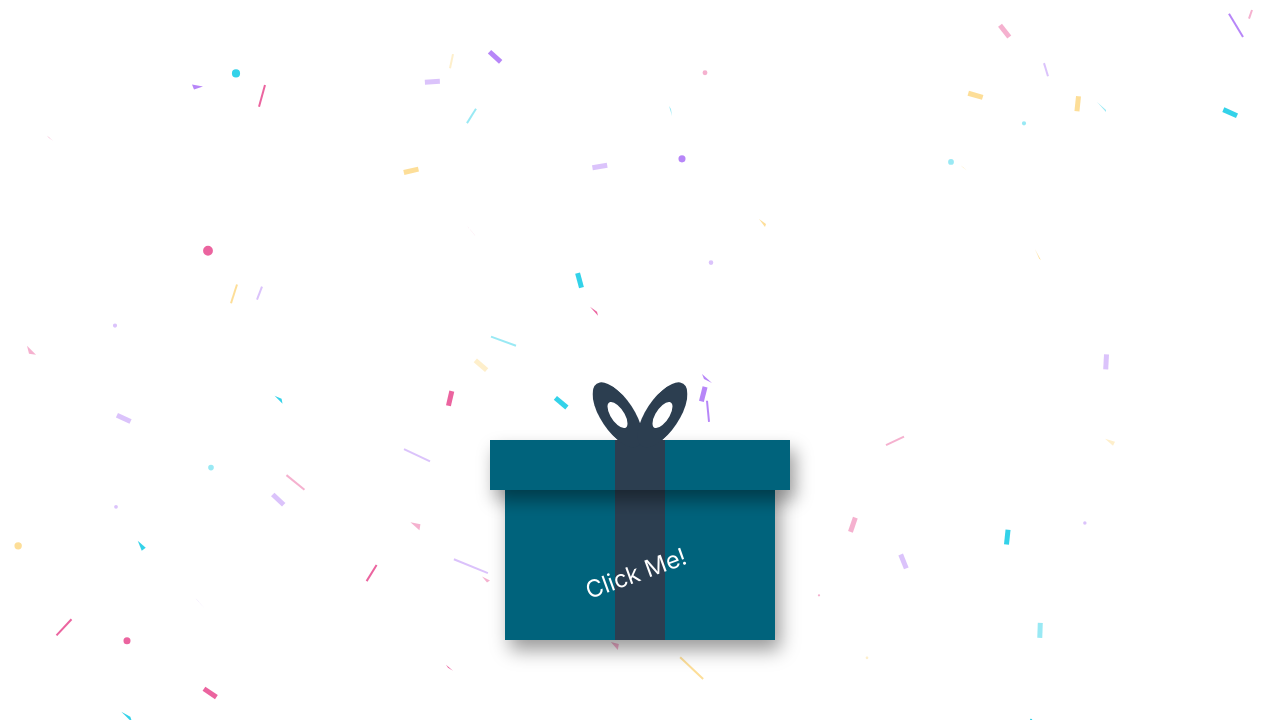
Repository: trongnghia161001/birth_day
Page: index.html
These files come from the project's save history. The page is drawn as it stood at one moment and after the next save; the edit follows.
The browser window is 1280 px wide. The pictures show the whole page.

Above is the page before, as saved 2022-11-14 21:58:43.

### index.html
<!DOCTYPE html>
<html>

<head>
  <meta charset="utf-8" />
  <meta name="viewport" content="width=device-width" />
  <title>Happy Birthday!</title>

  <link rel="stylesheet" href="styles/flexbox-center-container.css" media="all">
  <link rel="stylesheet" href="styles/system-fonts.css" media="all">
  <link rel="stylesheet" href="styles/style.css" media="all">
</head>

<body>
  <canvas id=c></canvas>
  <canvas id="confetti"></canvas>
  <div class="container" id="count">
    <h1 id="head">Countdown to your birthday:</h1>
    <ul>
      <li><span id="day"></span>days</li>
      <li><span id="hour"></span>hours</li>
      <li><span id="minute"></span>minutes</li>
      <li><span id="second"></span>seconds</li>
    </ul>
  </div>
  <div id="merrywrap" class="merrywrap">
    <canvas id="snowfall"></canvas>
    <div class="giftbox">
      <div class="cover">
        <div></div>
      </div>
      <div class="box"></div>
    </div>
</body>
<script src="scripts/confetti.min.js" charset="utf-8"></script>
<script src="scripts/index.js" charset="utf-8"></script>

</html>

### styles/style.css
* {
  box-sizing: border-box;
  margin: 0;
  padding: 0;
}
canvas {
  position: absolute;
  top: 0;
  left: 0;
}
body {
  background: #ffffff;
  overflow: hidden;
}
.container {
  color: rgba(55, 59, 65, 0.8);
  font-family: Helvetica, sans-serif;
  font-weight: lighter;
  text-align: center;
}

h1 {
  font-weight: normal;
}
li {
  display: inline-block;
  font-size: 1.5em;
  list-style-type: none;
  padding: 1em;
  text-transform: uppercase;
}
li span {
  display: block;
  font-size: 4.5rem;
}
.merrywrap {
  position: absolute;
  right: 40px;
  left: 40px;
  bottom: 80px;
  top: 40px;
}
.giftbox {
  position: absolute;
  width: 300px;
  height: 200px;
  left: 50%;
  margin-left: -150px;
  bottom: 0;
  z-index: 10;
}


.giftbox > div {
  background: rgb(0, 99, 124);
  position: absolute;
  box-shadow: 5px 10px 18px rgba(0, 0, 0, 0.4);
}

.giftbox:hover > div {
  box-shadow: none;
  transition: 1s all;
}

.giftbox > div:after, .giftbox > div:before {
  position: absolute;
  content: "";
  top: 0;
}
.giftbox:after {
  position: absolute;
  color: #fff;
  width: 100%;
  content: "Click Me!";
  left: 0;
  bottom: 0;
  font-size: 24px;
  text-align: center;
  transform: rotate(-20deg);
  transform-origin: 0 0;
}
.giftbox .cover {
  width: 100%;
  top: 0;
  left: 0;
  height: 25%;
  z-index: 2;
}
.giftbox .cover:before {
  position: absolute;
  height: 100%;
  left: 50%;
  width: 50px;
  transform: translateX(-50%);
  background: #2C3E50;
}
.giftbox .cover > div {
  position: absolute;
  width: 50px;
  height: 50px;
  left: 50%;
  top: -50px;
  transform: translateX(-50%);
}
.giftbox .cover > div:before, .giftbox .cover > div:after {
  position: absolute;
  left: 0;
  top: 0;
  width: 100%;
  height: 100%;
  content: "";
  box-shadow: inset 0 0 0 15px #2C3E50;
  border-radius: 30px;
  transform-origin: 50% 100%;
}
.giftbox .cover > div:before {
  transform: translateX(-45%) skewY(40deg);
}
.giftbox .cover > div:after {
  transform: translateX(45%) skewY(-40deg);
}
.giftbox .box {
  right: 5%;
  left: 5%;
  height: 80%;
  bottom: 0;
}
.giftbox .box:before {
  width: 50px;
  height: 100%;
  left: 50%;
  transform: translateX(-50%);
  background: #2C3E50;
}
.giftbox .box:after {
  width: 100%;
  height: 30px;
  background: rgba(0, 0, 0, 0);
}
.step-1 .giftbox {
  animation: wobble 0.5s linear infinite forwards;
}
.step-1 .cover {
  animation: wobble 0.5s linear infinite 5s forwards;
}
.step-1 .icons .row span {
  opacity: 1;
}
.step-2 .giftbox:after {
  opacity: 0;
}
.step-3 .giftbox, .step-4 .giftbox {
  opacity: 0;
  z-index: 1;
}
.step-3 .giftbox:after, .step-4 .giftbox:after {
  opacity: 0;
}
.step-2 .giftbox .cover {
  animation: flyUp 2s ease-in forwards;
}
.step-2 .giftbox .box {
  animation: flyDown 2s ease-in 0.05s forwards;
}
@keyframes wobble {
  25% {
      transform: rotate(4deg);
 }
  75% {
      transform: rotate(-2deg);
 }
}
@keyframes flyUp {
  75% {
      opacity: 1;
 }
  100% {
      transform: translateY(-1000px) rotate(20deg);
      opacity: 0;
 }
}
@keyframes flyDown {
  75% {
      opacity: 1;
 }
  100% {
      transform: translateY(100%);
      opacity: 0;
 }
}

### scripts/index.js
const count = document.getElementById('count');
const head = document.getElementById('head');
const giftbox = document.getElementById('merrywrap');
const canvasC = document.getElementById('c');

const config = {
  birthdate: 'Jan 29, 2020',
  name: 'Darlene'
};

function hideEverything() {
  head.style.display = 'none';
  count.style.display = 'none';
  giftbox.style.display = 'none';
  canvasC.style.display = 'none';
}

hideEverything();

const confettiSettings = { target: 'confetti' };
const confetti = new window.ConfettiGenerator(confettiSettings);
confetti.render();

const second = 1000,
  minute = second * 60,
  hour = minute * 60,
  day = hour * 24;

let countDown = new Date(`${config.birthdate} 00:00:00`).getTime();
x = setInterval(function() {
  let now = new Date().getTime(),
    distance = countDown - now;

  document.getElementById('day').innerText = Math.floor(distance / day);
  document.getElementById('hour').innerText = Math.floor(
    (distance % day) / hour
  );
  document.getElementById('minute').innerText = Math.floor(
    (distance % hour) / minute
  );
  document.getElementById('second').innerText = Math.floor(
    (distance % minute) / second
  );

  let w = (c.width = window.innerWidth),
    h = (c.height = window.innerHeight),
    ctx = c.getContext('2d'),
    hw = w / 2, // half-width
    hh = h / 2,
    opts = {
      strings: ['HAPPY', 'BIRTHDAY!', config.name],
      charSize: 30,
      charSpacing: 35,
      lineHeight: 40,

      cx: w / 2,
      cy: h / 2,

      fireworkPrevPoints: 10,
      fireworkBaseLineWidth: 5,
      fireworkAddedLineWidth: 8,
      fireworkSpawnTime: 200,
      fireworkBaseReachTime: 30,
      fireworkAddedReachTime: 30,
      fireworkCircleBaseSize: 20,
      fireworkCircleAddedSize: 10,
      fireworkCircleBaseTime: 30,
      fireworkCircleAddedTime: 30,
      fireworkCircleFadeBaseTime: 10,
      fireworkCircleFadeAddedTime: 5,
      fireworkBaseShards: 5,
      fireworkAddedShards: 5,
      fireworkShardPrevPoints: 3,
      fireworkShardBaseVel: 4,
      fireworkShardAddedVel: 2,
      fireworkShardBaseSize: 3,
      fireworkShardAddedSize: 3,
      gravity: 0.1,
      upFlow: -0.1,
      letterContemplatingWaitTime: 360,
      balloonSpawnTime: 20,
      balloonBaseInflateTime: 10,
      balloonAddedInflateTime: 10,
      balloonBaseSize: 20,
      balloonAddedSize: 20,
      balloonBaseVel: 0.4,
      balloonAddedVel: 0.4,
      balloonBaseRadian: -(Math.PI / 2 - 0.5),
      balloonAddedRadian: -1
    },
    calc = {
      totalWidth:
        opts.charSpacing *
        Math.max(opts.strings[0].length, opts.strings[1].length)
    },
    Tau = Math.PI * 2,
    TauQuarter = Tau / 4,
    letters = [];

  ctx.font = opts.charSize + 'px Verdana';

  function Letter(char, x, y) {
    this.char = char;
    this.x = x;
    this.y = y;

    this.dx = -ctx.measureText(char).width / 2;
    this.dy = +opts.charSize / 2;

    this.fireworkDy = this.y - hh;

    let hue = (x / calc.totalWidth) * 360;

    this.color = 'hsl(hue,80%,50%)'.replace('hue', hue);
    this.lightAlphaColor = 'hsla(hue,80%,light%,alp)'.replace('hue', hue);
    this.lightColor = 'hsl(hue,80%,light%)'.replace('hue', hue);
    this.alphaColor = 'hsla(hue,80%,50%,alp)'.replace('hue', hue);

    this.reset();
  }
  Letter.prototype.reset = function() {
    this.phase = 'firework';
    this.tick = 0;
    this.spawned = false;
    this.spawningTime = (opts.fireworkSpawnTime * Math.random()) | 0;
    this.reachTime =
      (opts.fireworkBaseReachTime +
        opts.fireworkAddedReachTime * Math.random()) |
      0;
    this.lineWidth =
      opts.fireworkBaseLineWidth + opts.fireworkAddedLineWidth * Math.random();
    this.prevPoints = [[0, hh, 0]];
  };
  Letter.prototype.step = function() {
    if (this.phase === 'firework') {
      if (!this.spawned) {
        ++this.tick;
        if (this.tick >= this.spawningTime) {
          this.tick = 0;
          this.spawned = true;
        }
      } else {
        ++this.tick;

        let linearProportion = this.tick / this.reachTime,
          armonicProportion = Math.sin(linearProportion * TauQuarter),
          x = linearProportion * this.x,
          y = hh + armonicProportion * this.fireworkDy;

        if (this.prevPoints.length > opts.fireworkPrevPoints)
          this.prevPoints.shift();

        this.prevPoints.push([x, y, linearProportion * this.lineWidth]);

        let lineWidthProportion = 1 / (this.prevPoints.length - 1);

        for (let i = 1; i < this.prevPoints.length; ++i) {
          let point = this.prevPoints[i],
            point2 = this.prevPoints[i - 1];

          ctx.strokeStyle = this.alphaColor.replace(
            'alp',
            i / this.prevPoints.length
          );
          ctx.lineWidth = point[2] * lineWidthProportion * i;
          ctx.beginPath();
          ctx.moveTo(point[0], point[1]);
          ctx.lineTo(point2[0], point2[1]);
          ctx.stroke();
        }

        if (this.tick >= this.reachTime) {
          this.phase = 'contemplate';

          this.circleFinalSize =
            opts.fireworkCircleBaseSize +
            opts.fireworkCircleAddedSize * Math.random();
          this.circleCompleteTime =
            (opts.fireworkCircleBaseTime +
              opts.fireworkCircleAddedTime * Math.random()) |
            0;
          this.circleCreating = true;
          this.circleFading = false;

          this.circleFadeTime =
            (opts.fireworkCircleFadeBaseTime +
              opts.fireworkCircleFadeAddedTime * Math.random()) |
            0;
          this.tick = 0;
          this.tick2 = 0;

          this.shards = [];

          let shardCount =
              (opts.fireworkBaseShards +
                opts.fireworkAddedShards * Math.random()) |
              0,
            angle = Tau / shardCount,
            cos = Math.cos(angle),
            sin = Math.sin(angle),
            x = 1,
            y = 0;

          for (let i = 0; i < shardCount; ++i) {
            let x1 = x;
            x = x * cos - y * sin;
            y = y * cos + x1 * sin;

            this.shards.push(new Shard(this.x, this.y, x, y, this.alphaColor));
          }
        }
      }
    } else if (this.phase === 'contemplate') {
      ++this.tick;

      if (this.circleCreating) {
        ++this.tick2;
        let proportion = this.tick2 / this.circleCompleteTime,
          armonic = -Math.cos(proportion * Math.PI) / 2 + 0.5;

        ctx.beginPath();
        ctx.fillStyle = this.lightAlphaColor
          .replace('light', 50 + 50 * proportion)
          .replace('alp', proportion);
        ctx.beginPath();
        ctx.arc(this.x, this.y, armonic * this.circleFinalSize, 0, Tau);
        ctx.fill();

        if (this.tick2 > this.circleCompleteTime) {
          this.tick2 = 0;
          this.circleCreating = false;
          this.circleFading = true;
        }
      } else if (this.circleFading) {
        ctx.fillStyle = this.lightColor.replace('light', 70);
        ctx.fillText(this.char, this.x + this.dx, this.y + this.dy);

        ++this.tick2;
        let proportion = this.tick2 / this.circleFadeTime,
          armonic = -Math.cos(proportion * Math.PI) / 2 + 0.5;

        ctx.beginPath();
        ctx.fillStyle = this.lightAlphaColor
          .replace('light', 100)
          .replace('alp', 1 - armonic);
        ctx.arc(this.x, this.y, this.circleFinalSize, 0, Tau);
        ctx.fill();

        if (this.tick2 >= this.circleFadeTime) this.circleFading = false;
      } else {
        ctx.fillStyle = this.lightColor.replace('light', 70);
        ctx.fillText(this.char, this.x + this.dx, this.y + this.dy);
      }

      for (let i = 0; i < this.shards.length; ++i) {
        this.shards[i].step();

        if (!this.shards[i].alive) {
          this.shards.splice(i, 1);
          --i;
        }
      }

      if (this.tick > opts.letterContemplatingWaitTime) {
        this.phase = 'balloon';

        this.tick = 0;
        this.spawning = true;
        this.spawnTime = (opts.balloonSpawnTime * Math.random()) | 0;
        this.inflating = false;
        this.inflateTime =
          (opts.balloonBaseInflateTime +
            opts.balloonAddedInflateTime * Math.random()) |
          0;
        this.size =
          (opts.balloonBaseSize + opts.balloonAddedSize * Math.random()) | 0;

        let rad =
            opts.balloonBaseRadian + opts.balloonAddedRadian * Math.random(),
          vel = opts.balloonBaseVel + opts.balloonAddedVel * Math.random();

        this.vx = Math.cos(rad) * vel;
        this.vy = Math.sin(rad) * vel;
      }
    } else if (this.phase === 'balloon') {
      ctx.strokeStyle = this.lightColor.replace('light', 80);

      if (this.spawning) {
        ++this.tick;
        ctx.fillStyle = this.lightColor.replace('light', 70);
        ctx.fillText(this.char, this.x + this.dx, this.y + this.dy);

        if (this.tick >= this.spawnTime) {
          this.tick = 0;
          this.spawning = false;
          this.inflating = true;
        }
      } else if (this.inflating) {
        ++this.tick;

        let proportion = this.tick / this.inflateTime,
          x = (this.cx = this.x),
          y = (this.cy = this.y - this.size * proportion);

        ctx.fillStyle = this.alphaColor.replace('alp', proportion);
        ctx.beginPath();
        generateBalloonPath(x, y, this.size * proportion);
        ctx.fill();

        ctx.beginPath();
        ctx.moveTo(x, y);
        ctx.lineTo(x, this.y);
        ctx.stroke();

        ctx.fillStyle = this.lightColor.replace('light', 70);
        ctx.fillText(this.char, this.x + this.dx, this.y + this.dy);

        if (this.tick >= this.inflateTime) {
          this.tick = 0;
          this.inflating = false;
        }
      } else {
        this.cx += this.vx;
        this.cy += this.vy += opts.upFlow;

        ctx.fillStyle = this.color;
        ctx.beginPath();
        generateBalloonPath(this.cx, this.cy, this.size);
        ctx.fill();

        ctx.beginPath();
        ctx.moveTo(this.cx, this.cy);
        ctx.lineTo(this.cx, this.cy + this.size);
        ctx.stroke();

        ctx.fillStyle = this.lightColor.replace('light', 70);
        ctx.fillText(
          this.char,
          this.cx + this.dx,
          this.cy + this.dy + this.size
        );

        if (this.cy + this.size < -hh || this.cx < -hw || this.cy > hw)
          this.phase = 'done';
      }
    }
  };

  function Shard(x, y, vx, vy, color) {
    let vel =
      opts.fireworkShardBaseVel + opts.fireworkShardAddedVel * Math.random();

    this.vx = vx * vel;
    this.vy = vy * vel;

    this.x = x;
    this.y = y;

    this.prevPoints = [[x, y]];
    this.color = color;

    this.alive = true;

    this.size =
      opts.fireworkShardBaseSize + opts.fireworkShardAddedSize * Math.random();
  }
  Shard.prototype.step = function() {
    this.x += this.vx;
    this.y += this.vy += opts.gravity;

    if (this.prevPoints.length > opts.fireworkShardPrevPoints)
      this.prevPoints.shift();

    this.prevPoints.push([this.x, this.y]);

    let lineWidthProportion = this.size / this.prevPoints.length;

    for (let k = 0; k < this.prevPoints.length - 1; ++k) {
      let point = this.prevPoints[k],
        point2 = this.prevPoints[k + 1];

      ctx.strokeStyle = this.color.replace('alp', k / this.prevPoints.length);
      ctx.lineWidth = k * lineWidthProportion;
      ctx.beginPath();
      ctx.moveTo(point[0], point[1]);
      ctx.lineTo(point2[0], point2[1]);
      ctx.stroke();
    }

    if (this.prevPoints[0][1] > hh) this.alive = false;
  };

  function generateBalloonPath(x, y, size) {
    ctx.moveTo(x, y);
    ctx.bezierCurveTo(
      x - size / 2,
      y - size / 2,
      x - size / 4,
      y - size,
      x,
      y - size
    );
    ctx.bezierCurveTo(x + size / 4, y - size, x + size / 2, y - size / 2, x, y);
  }

  function anim() {
    window.requestAnimationFrame(anim);

    ctx.fillStyle = '#fff';
    ctx.fillRect(0, 0, w, h);

    ctx.translate(hw, hh);

    let done = true;
    for (let l = 0; l < letters.length; ++l) {
      letters[l].step();
      if (letters[l].phase !== 'done') done = false;
    }

    ctx.translate(-hw, -hh);

    if (done) for (let l = 0; l < letters.length; ++l) letters[l].reset();
  }

  for (let i = 0; i < opts.strings.length; ++i) {
    for (let j = 0; j < opts.strings[i].length; ++j) {
      letters.push(
        new Letter(
          opts.strings[i][j],
          j * opts.charSpacing +
            opts.charSpacing / 2 -
            (opts.strings[i].length * opts.charSize) / 2,
          i * opts.lineHeight +
            opts.lineHeight / 2 -
            (opts.strings.length * opts.lineHeight) / 2
        )
      );
    }
  }

  window.addEventListener('resize', function() {
    w = c.width = window.innerWidth;
    h = c.height = window.innerHeight;

    hw = w / 2;
    hh = h / 2;

    ctx.font = opts.charSize + 'px Verdana';
  });

  if (distance > 0) {
    head.style.display = 'initial';
    count.style.display = 'initial';
  } else {
    head.style.display = 'none';
    count.style.display = 'none';
    giftbox.style.display = 'initial';
    clearInterval(x);
    let merrywrap = document.getElementById('merrywrap');
    let box = merrywrap.getElementsByClassName('giftbox')[0];
    let step = 1;
    let stepMinutes = [2000, 2000, 1000, 1000];

    function init() {
      box.addEventListener('click', openBox, false);
      box.addEventListener('click', showfireworks, false);
    }

    function stepClass(step) {
      merrywrap.className = 'merrywrap';
      merrywrap.className = 'merrywrap step-' + step;
    }

    function openBox() {
      if (step === 1) {
        box.removeEventListener('click', openBox, false);
      }
      stepClass(step);
      if (step === 3) {
      }
      if (step === 4) {
        return;
      }
      setTimeout(openBox, stepMinutes[step - 1]);
      step++;
      //   setTimeout(anim, 1900);
    }

    function showfireworks() {
      canvasC.style.display = 'initial';
      setTimeout(anim, 1500);
    }

    init();
  }

  // if (distance < 0) {
  //     clearInterval(x);
  //     console.log("happy birthday");
  // }
}, second);

Loaded but not shown: styles/flexbox-center-container.css (common file); styles/system-fonts.css (common file); scripts/confetti.min.js (library)

After the next save:
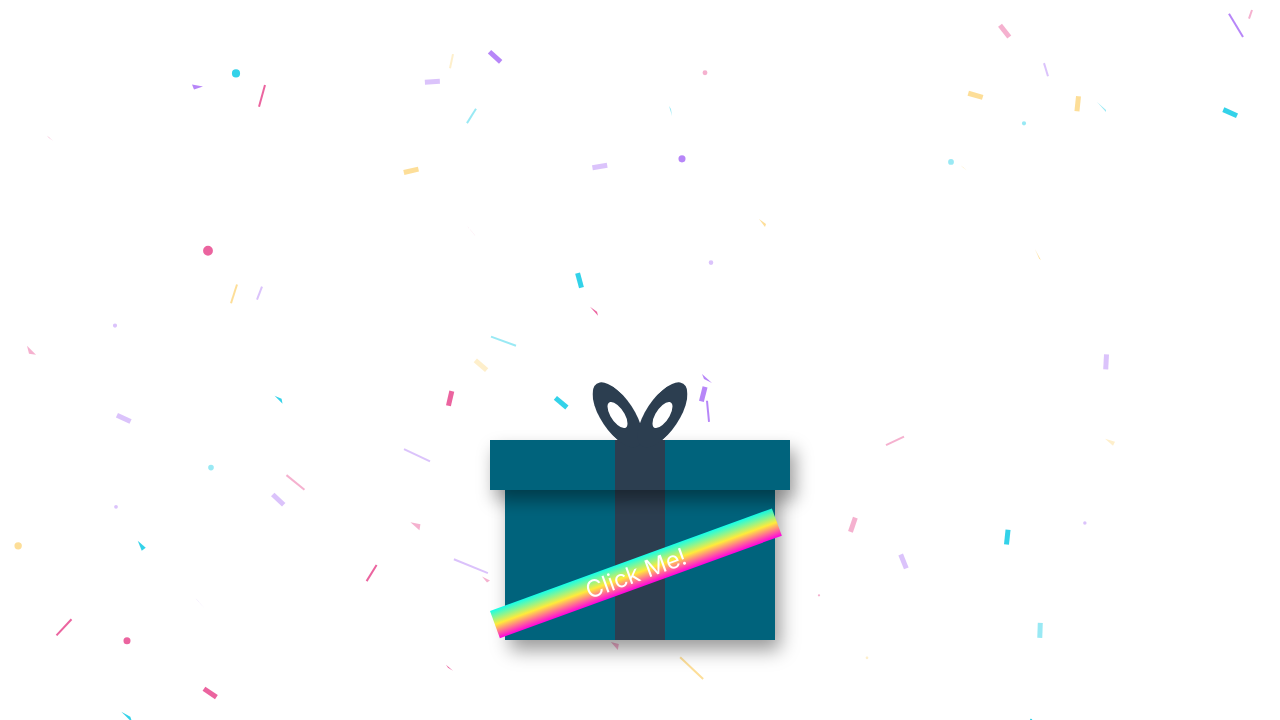
Saved 7 min 32 s later.
--- a/styles/style.css
+++ b/styles/style.css
@@ -78,6 +78,7 @@ li span {
   text-align: center;
   transform: rotate(-20deg);
   transform-origin: 0 0;
+  background: linear-gradient(#14ffe9, #ffeb3b, #ff00e0);
 }
 .giftbox .cover {
   width: 100%;
